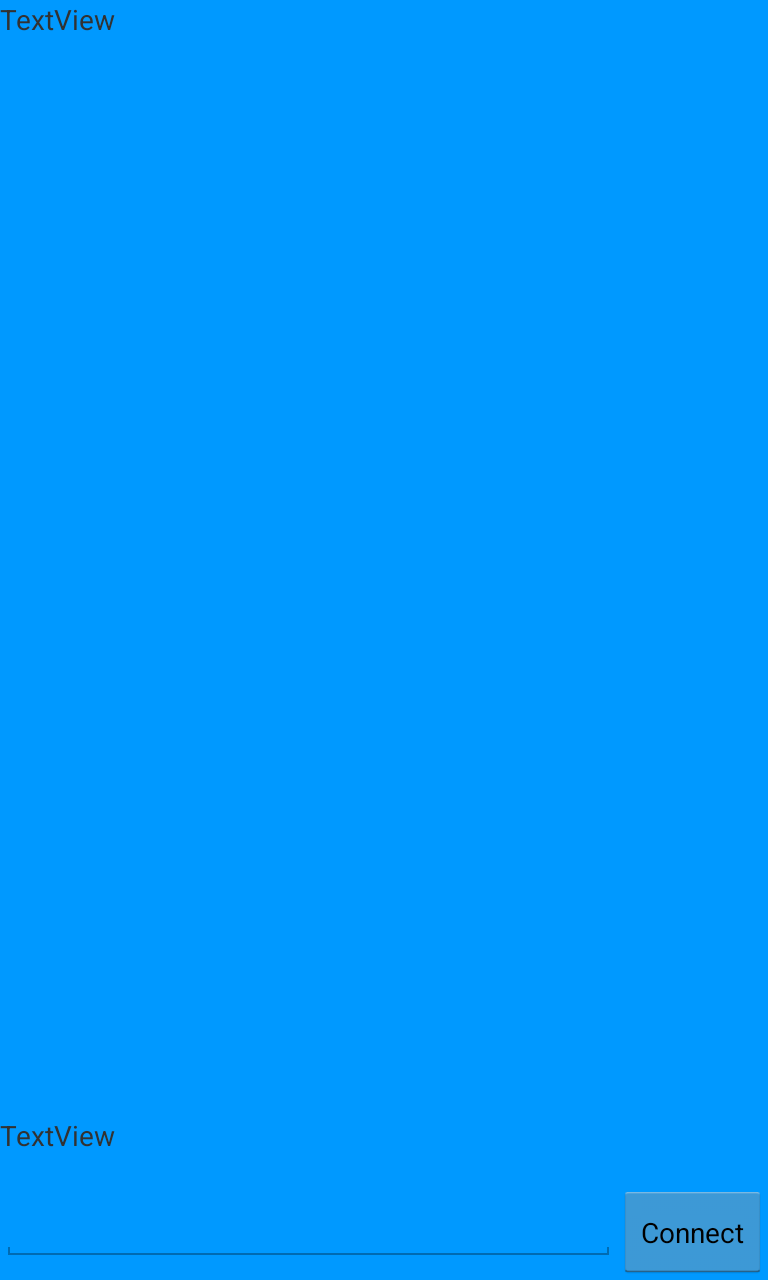
Repository: Clonedpirate/BtSshPwnPI
Layout: HackDroid/res/layout/terminal.xml
These files come from the project's save history. The layout is drawn as it stood at one moment and after the next save; the edit follows.
It is drawn on a 768 x 1280 px phone screen (xhdpi) without system bars, with theme AppTheme; the app's code is not run.

Above is the layout before, as saved 2014-06-19 10:19:26.

After the next save:
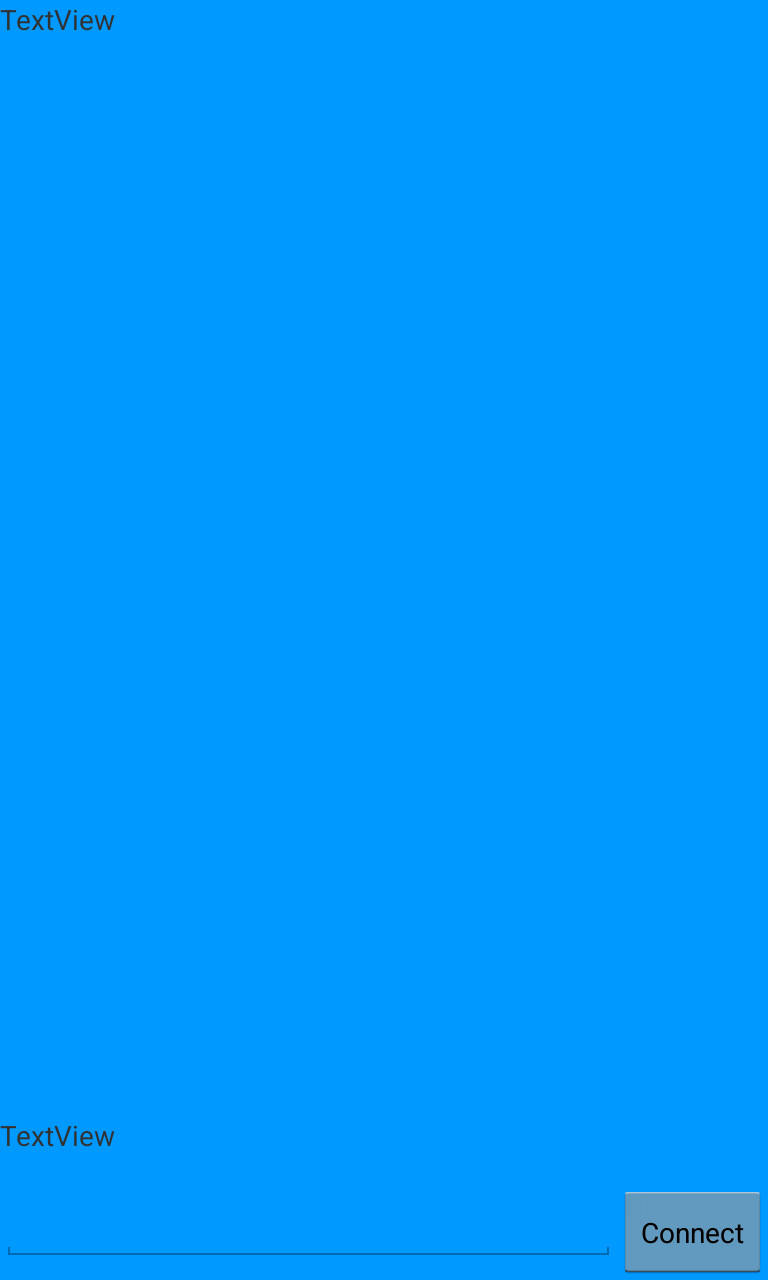
Saved 6 s later.
--- a/HackDroid/res/layout/terminal.xml
+++ b/HackDroid/res/layout/terminal.xml
@@ -13,6 +13,15 @@
         android:ems="10" />
 
     <Button
+        android:id="@+id/button1"
+        style="?android:attr/buttonStyleSmall"
+        android:layout_width="wrap_content"
+        android:layout_height="wrap_content"
+        android:layout_alignParentBottom="true"
+        android:layout_alignParentRight="true"
+        android:text="Connect" />
+
+        <Button
         android:id="@+id/button1"
         style="?android:attr/buttonStyleSmall"
         android:layout_width="wrap_content"
